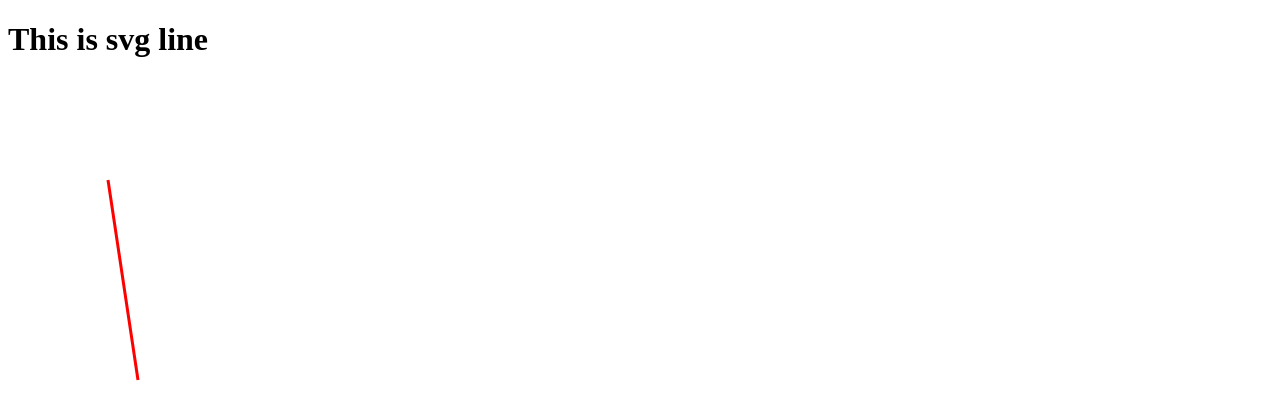
Repository: stastnyd/stastny-d3js
Page: Projekt/1. Oblici/index.html
These files come from the project's save history. The page is drawn as it stood at one moment and after the next save; the edit follows.
The browser window is 1280 px wide. The pictures show the whole page.

Above is the page before, as saved 2019-08-05 16:01:47.

### Projekt/1. Oblici/index.html
<!DOCTYPE html>
<html lang="en">

<head>
    <meta charset="UTF-8">
    <meta name="viewport" content="width=device-width, initial-scale=1.0">
    <meta http-equiv="X-UA-Compatible" content="ie=edge">
    <title>Document</title>
</head>

<body>


    <h1>This is svg line</h1>
    <svg width="400" height="600">
        <line x1="100" y1="100" x2="130" y2="300" stroke ="red" stroke-width="3"/>
    </svg>

</body>

</html>

After the next save:
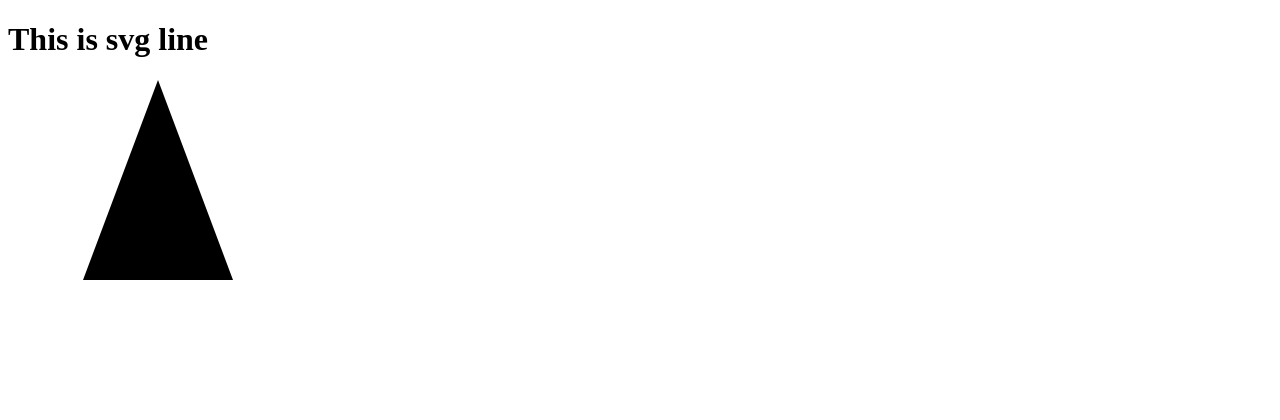
Saved 19 min 31 s later.
--- a/Projekt/1. Oblici/index.html
+++ b/Projekt/1. Oblici/index.html
@@ -12,8 +12,8 @@
 
 
     <h1>This is svg line</h1>
-    <svg width="400" height="600">
-        <line x1="100" y1="100" x2="130" y2="300" stroke ="red" stroke-width="3"/>
+    <svg height="210" width="400">
+        <path d="M150 0 L75 200 L225 200 Z" />
     </svg>
 
 </body>
